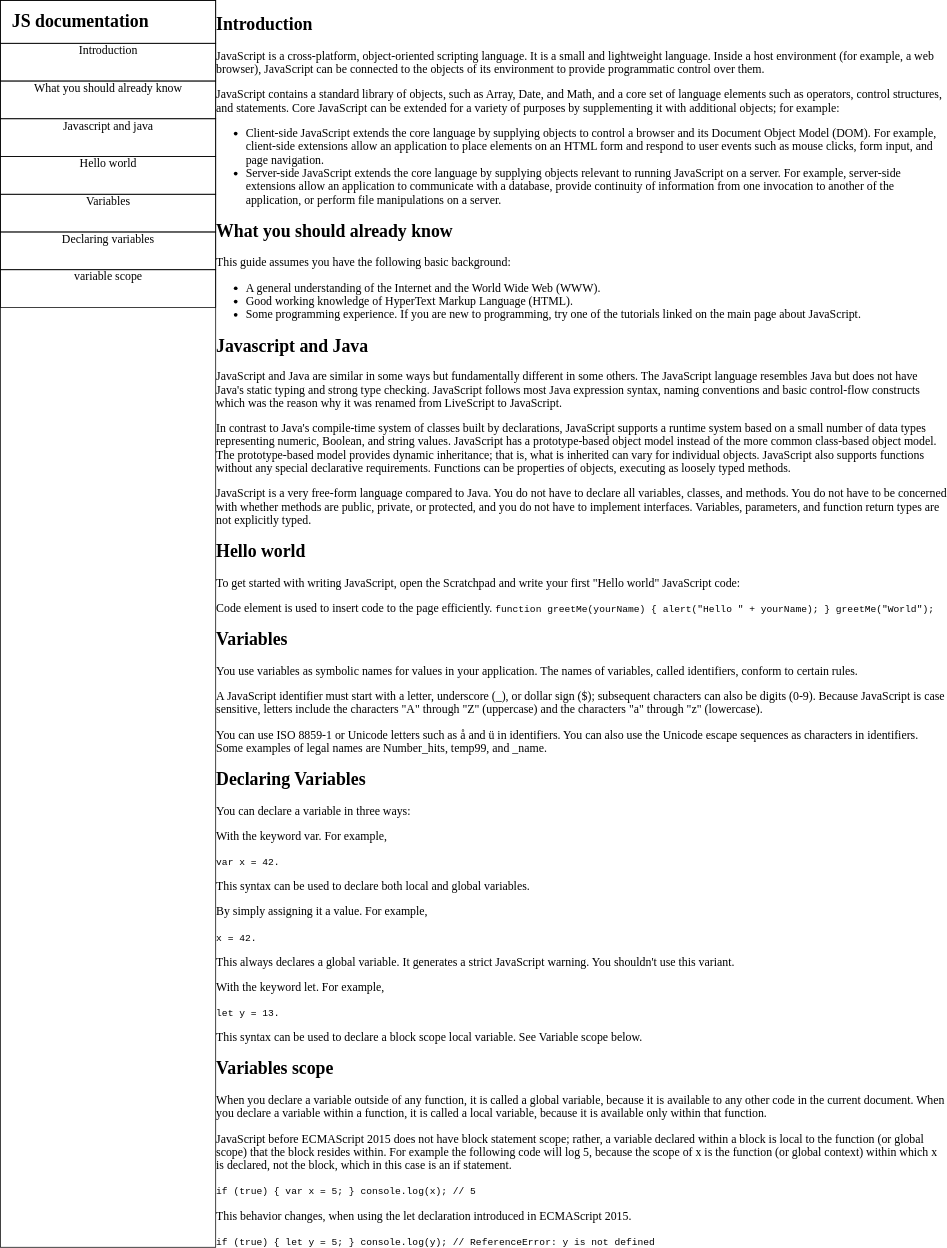
Repository: Pafestivo/Technical-documentation
Page: index.html
The author's editor kept a copy of each file at every save. The page is drawn from the files as they stood at one save, then again after the next save.
The browser window is 1280 px wide. The pictures show the whole page, at 74% of full size.

Above is the page before, as saved 2022-09-07 13:29:09.

### index.html
<!DOCTYPE html>
<html lang="en">
<head>
    <meta charset="UTF-8">
    <meta name="viewport" content="width=device-width, initial-scale=1.0">
    <link rel="stylesheet" href="styles.css">
    <title>Technical Documentation Page</title>
</head>
<body>
  <nav id="navbar">
    <header>
      <h1>JS documentation</h1>
    </header>
    <ul>
      <li><a id="nav-link" href="#introduction">Introduction</a></li>
      <li><a id="nav-link" href="#what_you_should_already_know">What you should already know</a></li>
      <li><a id="nav-link" href="#javascript_and_Java">Javascript and java</a></li>
      <li><a id="nav-link" href="#hello_world">Hello world</a></li>
      <li><a id="nav-link" href="#variables">Variables</a></li>
      <li><a id="nav-link" href="#declaring_variables">Declaring variables</a></li>
      <li><a id="nav-link" href="#variable_scope">variable scope</a></li>
    </ul>
  </nav>
  <main id="main-doc">
    <section id="introduction" class="main-section">
      <h1>Introduction</h1>

      <p>JavaScript is a cross-platform, object-oriented scripting language. It is a small and lightweight language. Inside a host environment (for example, a web browser), JavaScript can be connected to the objects of its environment to provide programmatic control over them.</p>

      <p>JavaScript contains a standard library of objects, such as Array, Date, and Math, and a core set of language elements such as operators, control structures, and statements. Core JavaScript can be extended for a variety of purposes by supplementing it with additional objects; for example:</p>

      <ul>
        <li>Client-side JavaScript extends the core language by supplying objects to control a browser and its Document Object Model (DOM). For example, client-side extensions allow an application to place elements on an HTML form and respond to user events such as mouse clicks, form input, and page navigation.</li>
        <li>Server-side JavaScript extends the core language by supplying objects relevant to running JavaScript on a server. For example, server-side extensions allow an application to communicate with a database, provide continuity of information from one invocation to another of the application, or perform file manipulations on a server.</li>
      </ul>
    </section>

    <section id="what_you_should_already_know" class="main-section">
        <h1>What you should already know</h1>

        <p>This guide assumes you have the following basic background:</p>

        <ul>
          <li>A general understanding of the Internet and the World Wide Web (WWW).</li>
          <li>Good working knowledge of HyperText Markup Language (HTML).</li>
          <li>Some programming experience. If you are new to programming, try one of the tutorials linked on the main page about JavaScript.</li>
        </ul>
      </section>

      <section id="javascript_and_Java" class="main-section">
        <h1>Javascript and Java</h1>

        <p>JavaScript and Java are similar in some ways but fundamentally different in some others. The JavaScript language resembles Java but does not have Java's static typing and strong type checking. JavaScript follows most Java expression syntax, naming conventions and basic control-flow constructs which was the reason why it was renamed from LiveScript to JavaScript.</p>

        <p>In contrast to Java's compile-time system of classes built by declarations, JavaScript supports a runtime system based on a small number of data types representing numeric, Boolean, and string values. JavaScript has a prototype-based object model instead of the more common class-based object model. The prototype-based model provides dynamic inheritance; that is, what is inherited can vary for individual objects. JavaScript also supports functions without any special declarative requirements. Functions can be properties of objects, executing as loosely typed methods.</p>

        <p>JavaScript is a very free-form language compared to Java. You do not have to declare all variables, classes, and methods. You do not have to be concerned with whether methods are public, private, or protected, and you do not have to implement interfaces. Variables, parameters, and function return types are not explicitly typed.</p>
      </section>

      <section id="hello_world" class="main-section">
        <h1>Hello world</h1>
        <p>To get started with writing JavaScript, open the Scratchpad and write your first "Hello world" JavaScript code:</p>

        Code element is used to insert code to the page efficiently.
        <code>
            function greetMe(yourName) { alert("Hello " + yourName); }
            greetMe("World");
        </code>
      </section>

      <section id="variables" class="main-section">
        <h1>Variables</h1>

        <p>You use variables as symbolic names for values in your application. The names of variables, called identifiers, conform to certain rules.</p>

        <p>A JavaScript identifier must start with a letter, underscore (_), or dollar sign ($); subsequent characters can also be digits (0-9). Because JavaScript is case sensitive, letters include the characters "A" through "Z" (uppercase) and the characters "a" through "z" (lowercase).</p>

        <p>You can use ISO 8859-1 or Unicode letters such as å and ü in identifiers. You can also use the Unicode escape sequences as characters in identifiers. Some examples of legal names are Number_hits, temp99, and _name.</p>
      </section>

      <section id="declaring_variables" class="main-section">
        <h1>Declaring Variables</h1>

        <p>You can declare a variable in three ways:</p>

        <p>With the keyword var. For example,</p>
        <code>
            var x = 42.
        </code>

        <p>This syntax can be used to declare both local and global variables.</p>

        <p>By simply assigning it a value. For example,</p>
        <code>
            x = 42.
        </code>

        <p>This always declares a global variable. It generates a strict JavaScript warning. You shouldn't use this variant.</p>

        <p>With the keyword let. For example,</p>
        <code>
            let y = 13.
        </code>

        <p>This syntax can be used to declare a block scope local variable. See Variable scope below.</p>
      </section>

      <section id="variable_scope" class="main-section">
        <h1>Variables scope</h1>

        <p>When you declare a variable outside of any function, it is called a global variable, because it is available to any other code in the current document. When you declare a variable within a function, it is called a local variable, because it is available only within that function.</p>

        <p>JavaScript before ECMAScript 2015 does not have block statement scope; rather, a variable declared within a block is local to the function (or global scope) that the block resides within. For example the following code will log 5, because the scope of x is the function (or global context) within which x is declared, not the block, which in this case is an if statement.</p>
        <code>
            if (true) { var x = 5; } console.log(x); // 5
        </code>

        <p>This behavior changes, when using the let declaration introduced in ECMAScript 2015.</p>
        <code>
            if (true) { let y = 5; } console.log(y); // ReferenceError: y is
not defined
        </code>
  </main>

</body>
</html>

### styles.css
html {
  box-sizing: border-box;
  scroll-behavior: smooth;
}

body {
  display: flex;
  padding: 0;
  margin: 0;
}

/* Navigation bar  */
#navbar {
  min-width: 290px;
  border: 1px solid #000;
}

#navbar header {
  margin: -1px;
}

#navbar header h1{
  margin: 0;
  padding: 15px;
  border: 1px solid #000;
}

#navbar ul {
  list-style: none;
  margin: 0;
  padding: 0;
}

#navbar ul li {
  margin: -1px;
}

#navbar ul a {
  display: block;
  text-decoration: none;
  color: #000;
  height: 50px;
  border: 1px solid #000;
  text-align: center;
  padding: auto;
}

/* Navigation bar end  */

After the next save:
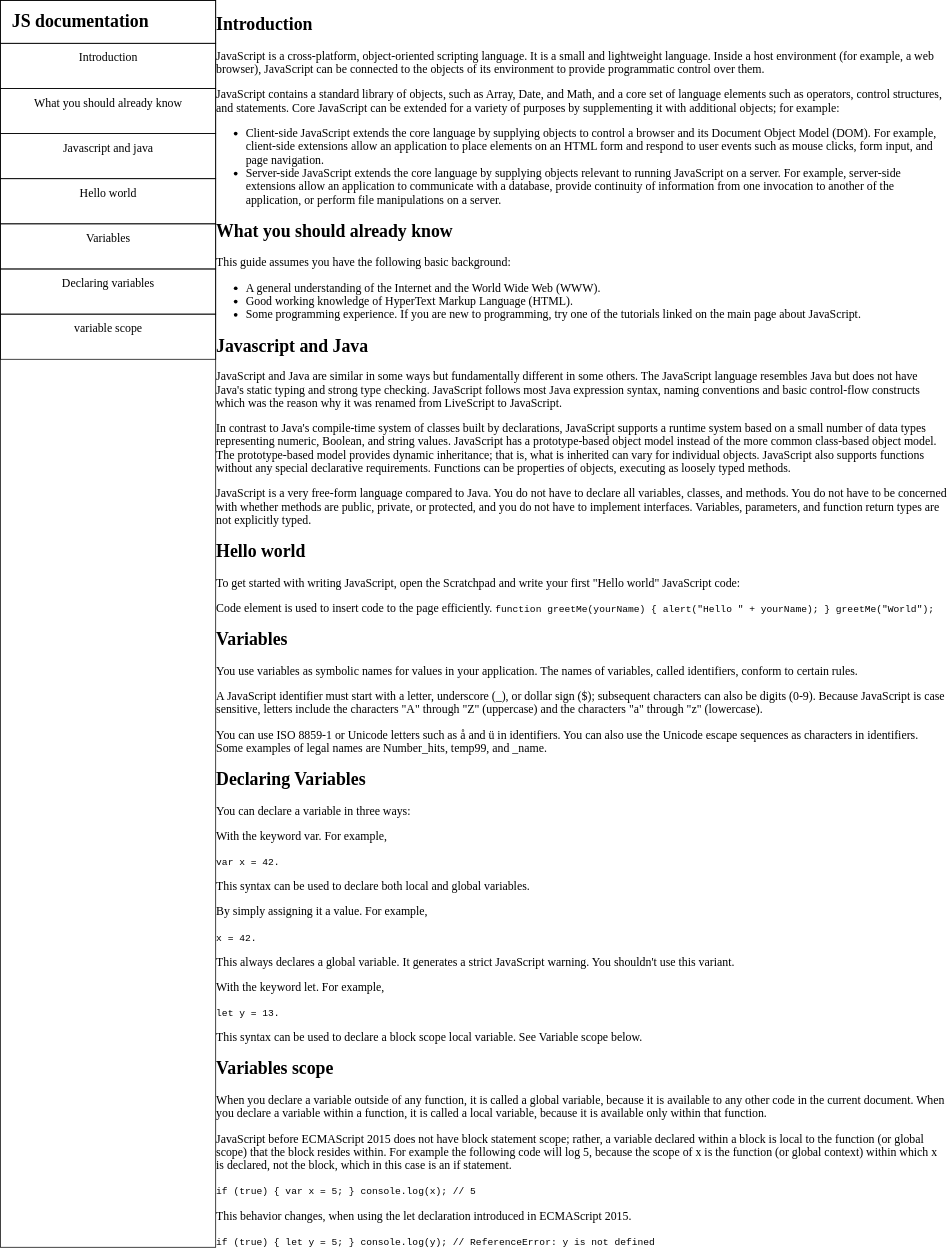
Saved 9 s later.
--- a/styles.css
+++ b/styles.css
@@ -42,7 +42,7 @@ body {
   height: 50px;
   border: 1px solid #000;
   text-align: center;
-  padding: auto;
+  padding-top: 10px;
 }
 
 /* Navigation bar end  */
